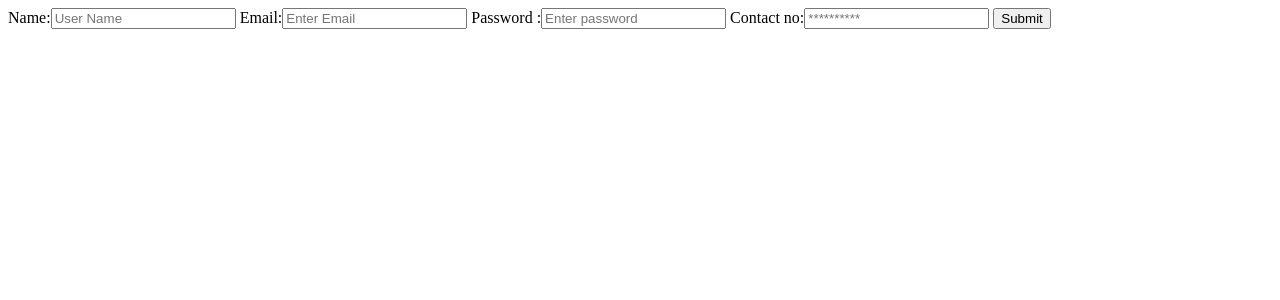
Repository: Ajay9554/javaPrograms
Page: http://localhost/Register/register.jsp
The author's editor kept a copy of each file at every save. The page is drawn from the files as they stood at one save, then again after the next save.
The browser window is 1280 px wide. The pictures show the whole page.
The page is served by Tomcat 9. Other server files are loaded and not shown.

Above is the page before, as saved 2023-10-17 16:26:17.

### eclipse-workspace/aug1pro/Register/src/main/webapp/register.jsp
<%@ page language="java" contentType="text/html; charset=UTF-8"
	pageEncoding="UTF-8"%>
<!DOCTYPE html>
<html>
<head>
<meta charset="UTF-8">
<title>Registration</title>
</head>
<body>
	<form action="reg" method="post">
		Name:<input type="text" name="name" placeholder="User Name">
		Email:<input type="email" name="email" placeholder="Enter Email">
		Password :<input type="password" name="password"
			placeholder="Enter password"> Contact no:<input type="text"
			name="contact" placeholder="**********">

		<button type="submit">Submit</button>


	</form>


</body>
</html>

After the next save:
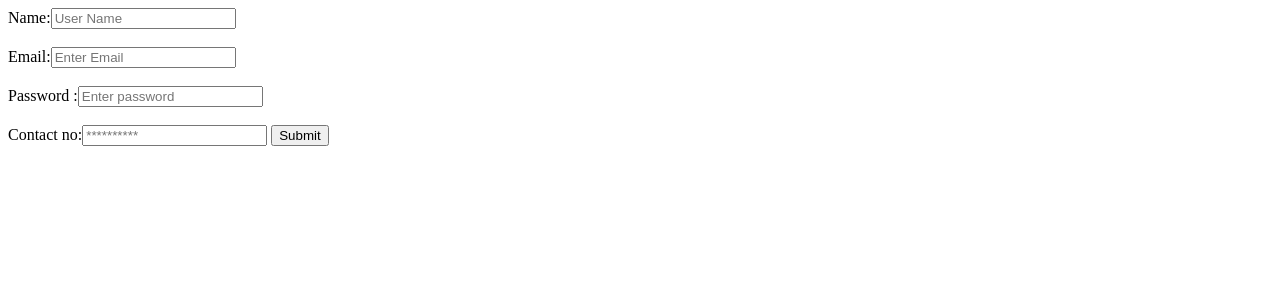
Saved 5 min 7 s later.
--- a/eclipse-workspace/aug1pro/Register/src/main/webapp/register.jsp
+++ b/eclipse-workspace/aug1pro/Register/src/main/webapp/register.jsp
@@ -8,10 +8,10 @@
 </head>
 <body>
 	<form action="reg" method="post">
-		Name:<input type="text" name="name" placeholder="User Name">
-		Email:<input type="email" name="email" placeholder="Enter Email">
-		Password :<input type="password" name="password"
-			placeholder="Enter password"> Contact no:<input type="text"
+		Name:<input type="text" name="name" placeholder="User Name"><br><br>
+		Email:<input type="email" name="email" placeholder="Enter Email"><br><br>
+		Password :<input type="password" name="password"placeholder="Enter password"><br><br>
+		 Contact no:<input type="text"
 			name="contact" placeholder="**********">
 
 		<button type="submit">Submit</button>
